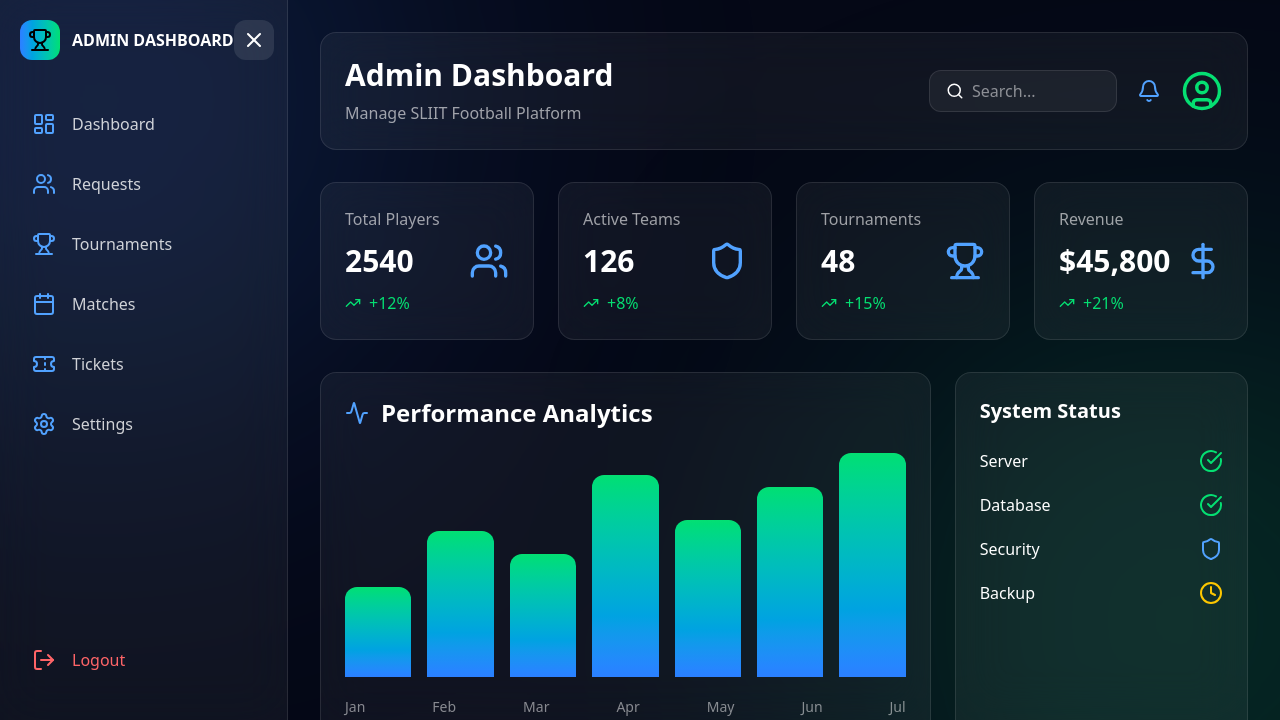
Repository: azeez6789/springboot-footbal-web
Page: / (app in client/)
The author's editor kept a copy of each file at every save. The page is drawn from the files as they stood at one save, then again after the next save.
The browser window is 1280 px wide. The pictures show the whole page.
An inner scrolling area shows only its first screen. The project was rebuilt for these pictures with package versions that can differ from the ones it lists, and the page was loaded fresh each time. Also part of the build but not shown: client/vite.config.js, client/src/common/services/userService.js, client/src/common/pages/home.jsx, client/src/common/component/login.jsx, client/src/common/component/register.jsx, client/src/common/component/About.jsx, client/src/common/pages/tournament.jsx, client/src/common/pages/event.jsx and 2 more.

Above is the page before, as saved 2026-07-17 20:24:34.

### client/index.html
<!doctype html>
<html lang="en">
  <head>
    <meta charset="UTF-8" />
    <link rel="icon" type="image/svg+xml" href="/favicon.svg" />
    <meta name="viewport" content="width=device-width, initial-scale=1.0" />
    <title>SLIIT FOOTBALL  </title>
  </head>
  <body>
    <div id="root"></div>
    <script type="module" src="/src/main.jsx"></script>
  </body>
</html>

### client/src/main.jsx
import { StrictMode } from 'react'
import { createRoot } from 'react-dom/client'
import './index.css'
import App from './App.jsx'

createRoot(document.getElementById('root')).render(
  <StrictMode>
    <App />
  </StrictMode>
)

### client/src/App.jsx
import { BrowserRouter as Router, Routes, Route } from "react-router-dom";
import allRoutes from "./routes";
import { ToastContainer } from "react-toastify";
import "react-toastify/dist/ReactToastify.css";
import CRoutes from "./routes/commonroutes.jsx";


function App() {
  return (

    <Router>
      <Routes>
        {allRoutes.map((route, index) => (
          <Route key={index} path={route.path} element={route.element} />
        ))}
      </Routes>

      <ToastContainer
        position="top-right"
        autoClose={3000}
        hideProgressBar={false}
        newestOnTop={false}
        closeOnClick
        rtl={false}
        pauseOnFocusLoss
        draggable
        pauseOnHover
        theme="dark"
      />

    </Router>
  );
}

export default App;

### client/src/routes/index.jsx
import CRoutes from './commonroutes'
import fun01Routes from './function_01'

const allRoutes = [
    ...CRoutes,
    ...fun01Routes
]


export default allRoutes;

### client/src/routes/commonroutes.jsx
import Homepage from "../common/pages/home";
import Login  from "../common/component/login";
import Register from "../common/component/register";
import About from "../common/component/About";
import TournamentPage from "../common/pages/tournament";
import EventPage from "../common/pages/event";
import TicketPage from "../common/pages/ticket";


const commonroutes = [
    {path: "/home", element: <Homepage /> },
    {path: "/component/login" ,  element: <Login/>  },
    {path: "/component/register" ,  element: <Register/>  },
    {path: "/component/about" ,  element: <About/>  },
    {path: "/pages/tournament" ,  element: <TournamentPage/>  },
    {path: "/pages/event" ,  element: <EventPage/>  },
    {path: "/pages/ticket" ,  element: <TicketPage/>  },

];


export default commonroutes;

### client/src/routes/function_01.jsx
import Regrequest from "../function-01/pages/registerrequest";
import AdminDah from "../function-01/pages/AdminDashboard";

const function_01 = [

    {path: "/pages/Regrequest" ,  element: <Regrequest/>  },
    {path: "/" ,  element: <AdminDah/>  },

];


export default function_01;

### client/src/function-01/pages/AdminDashboard.jsx
import React, { useState } from "react";
import { useNavigate } from "react-router-dom";
import {
  LayoutDashboard,
  Users,
  Trophy,
  Calendar,
  Ticket,
  DollarSign,
  Settings,
  Bell,
  Search,
  Menu,
  X,
  UserCircle,
  TrendingUp,
  Shield,
  LogOut,
  ChevronRight,
  Activity,
  Award,
  CheckCircle,
  Clock,
  Star
} from "lucide-react";

export default function AdminDashboard() {
  const [sidebarOpen, setSidebarOpen] = useState(true);

  const navigate = useNavigate();

  const stats = [
    { title: "Total Players", value: "2540", icon: Users, growth: "+12%" },
    { title: "Active Teams", value: "126", icon: Shield, growth: "+8%" },
    { title: "Tournaments", value: "48", icon: Trophy, growth: "+15%" },
    { title: "Revenue", value: "$45,800", icon: DollarSign, growth: "+21%" }
  ];

  const players = [
    { name: "A. Perera", position: "Forward", team: "SLIIT Warriors", status: "Active" },
    { name: "M. Fernando", position: "Midfielder", team: "Blue Lions", status: "Active" },
    { name: "K. Silva", position: "Defender", team: "Royal FC", status: "Pending" },
    { name: "R. Mendis", position: "Goal Keeper", team: "Campus Stars", status: "Active" }
  ];

  const tournaments = [
    { name: "SLIIT Football Cup 2026", date: "August 12, 2026", teams: "32 Teams", status: "Running" },
    { name: "Inter University Championship", date: "September 05, 2026", teams: "24 Teams", status: "Upcoming" },
    { name: "Freshers League", date: "October 20, 2026", teams: "16 Teams", status: "Planning" }
  ];

  const activities = [
    "New player registration approved",
    "Tournament schedule updated",
    "New team created",
    "Ticket payment received",
    "Match result published"
  ];

  return (
    // 1. Locked main screen wrapper height to prevent window scrolling
    <div className="h-screen w-screen bg-[#050816] text-white relative overflow-hidden flex">
      {/* Background Blobs */}
      <div className="fixed w-[600px] h-[600px] bg-blue-500/20 blur-[160px] rounded-full top-[-200px] left-[-200px] pointer-events-none"></div>
      <div className="fixed w-[600px] h-[600px] bg-green-400/20 blur-[160px] rounded-full bottom-[-200px] right-[-200px] pointer-events-none"></div>

      {/* 2. SIDEBAR - Now perfectly static relative to layout viewport */}
      <div className={`${sidebarOpen ? "w-72" : "w-20"} h-screen bg-white/5 border-r border-white/10 backdrop-blur-xl p-5 transition-all duration-300 flex flex-col justify-between flex-shrink-0 z-20`}>
        <div>
          <div className="flex items-center justify-between mb-10">
            {sidebarOpen && (
              <div className="flex items-center gap-3">
                <div className="p-2 rounded-xl bg-gradient-to-r from-blue-500 to-green-400">
                  <Trophy className="text-black" />
                </div>
                <h1 className="text-M font-bold whitespace-nowrap"> ADMIN DASHBOARD</h1>
              </div>
            )}
            <button
              onClick={() => setSidebarOpen(!sidebarOpen)}
              className="p-2 bg-white/10 rounded-xl hover:bg-white/20"
            >
              {sidebarOpen ? <X /> : <Menu />}
            </button>
          </div>

         <div className="space-y-3">
  <div
    onClick={() => navigate("/")}
    className="flex items-center gap-4 p-3 rounded-xl text-white/80 hover:bg-blue-500/20 cursor-pointer transition"
  >
    <LayoutDashboard className="text-blue-400" />
    {sidebarOpen && <span>Dashboard</span>}
  </div>

  <div
    onClick={() => navigate("/pages/Regrequest")}
    className="flex items-center gap-4 p-3 rounded-xl text-white/80 hover:bg-blue-500/20 cursor-pointer transition"
  >
    <Users className="text-blue-400" />
    {sidebarOpen && <span>Requests</span>}
  </div>

  <div
    onClick={() => navigate("/pages/tournament")}
    className="flex items-center gap-4 p-3 rounded-xl text-white/80 hover:bg-blue-500/20 cursor-pointer transition"
  >
    <Trophy className="text-blue-400" />
    {sidebarOpen && <span>Tournaments</span>}
  </div>

  <div
    onClick={() => navigate("/pages/event")}
    className="flex items-center gap-4 p-3 rounded-xl text-white/80 hover:bg-blue-500/20 cursor-pointer transition"
  >
    <Calendar className="text-blue-400" />
    {sidebarOpen && <span>Matches</span>}
  </div>

  <div
    onClick={() => navigate("/pages/ticket")}
    className="flex items-center gap-4 p-3 rounded-xl text-white/80 hover:bg-blue-500/20 cursor-pointer transition"
  >
    <Ticket className="text-blue-400" />
    {sidebarOpen && <span>Tickets</span>}
  </div>

  <div
    onClick={() => navigate("/component/register")}
    className="flex items-center gap-4 p-3 rounded-xl text-white/80 hover:bg-blue-500/20 cursor-pointer transition"
  >
    <Settings className="text-blue-400" />
    {sidebarOpen && <span>Settings</span>}
  </div>
</div>
        </div>

        <div className="mb-4">
          <div className="flex items-center gap-4 p-3 rounded-xl text-red-400 hover:bg-red-500/20 cursor-pointer">
            <LogOut className="flex-shrink-0" />
            {sidebarOpen && <span>Logout</span>}
          </div>
        </div>
      </div>

      {/* 3. MAIN CONTENT CONTAINER - This handles the scrolling now */}
      <div className="flex-1 h-screen overflow-y-auto p-8 relative z-10">
        {/* HEADER */}
        <div className="flex justify-between items-center bg-white/5 border border-white/10 backdrop-blur-xl rounded-2xl p-6 mb-8">
          <div>
            <h1 className="text-3xl font-bold">Admin Dashboard</h1>
            <p className="text-white/60 mt-2">Manage SLIIT Football Platform</p>
          </div>

          <div className="flex items-center gap-5">
            <div className="flex items-center gap-2 bg-white/5 border border-white/10 px-4 py-2 rounded-xl">
              <Search size={18} />
              <input placeholder="Search..." className="bg-transparent outline-none w-32" />
            </div>
            <Bell className="text-blue-400" />
            <UserCircle size={42} className="text-green-400" />
          </div>
        </div>

        {/* STATISTICS CARDS */}
        <div className="grid grid-cols-1 md:grid-cols-2 xl:grid-cols-4 gap-6 mb-8">
          {stats.map((item, index) => (
            <div
              key={index}
              className="bg-white/5 border border-white/10 backdrop-blur-xl rounded-2xl p-6 hover:bg-white/10 transition"
            >
              <div className="flex justify-between items-center">
                <div>
                  <p className="text-white/60">{item.title}</p>
                  <h2 className="text-3xl font-bold mt-3">{item.value}</h2>
                  <div className="flex items-center gap-2 text-green-400 mt-3">
                    <TrendingUp size={16} />
                    {item.growth}
                  </div>
                </div>
                <item.icon size={40} className="text-blue-400" />
              </div>
            </div>
          ))}
        </div>

        {/* ANALYTICS & SYSTEM STATUS */}
        <div className="grid lg:grid-cols-3 gap-6 mb-8">
          <div className="lg:col-span-2 bg-white/5 border border-white/10 backdrop-blur-xl rounded-2xl p-6">
            <div className="flex items-center gap-3 mb-6">
              <Activity className="text-blue-400" />
              <h2 className="text-2xl font-bold">Performance Analytics</h2>
            </div>

            <div className="h-56 flex items-end gap-4">
              {[40, 65, 55, 90, 70, 85, 100].map((height, index) => (
                <div
                  key={index}
                  style={{ height: `${height}%` }}
                  className="flex-1 bg-gradient-to-t from-blue-500 to-green-400 rounded-t-xl"
                ></div>
              ))}
            </div>

            <div className="flex justify-between text-white/50 text-sm mt-5">
              <span>Jan</span>
              <span>Feb</span>
              <span>Mar</span>
              <span>Apr</span>
              <span>May</span>
              <span>Jun</span>
              <span>Jul</span>
            </div>
          </div>

          <div className="bg-white/5 border border-white/10 backdrop-blur-xl rounded-2xl p-6">
            <h2 className="text-xl font-bold mb-6">System Status</h2>
            <div className="space-y-5">
              <div className="flex justify-between items-center">
                <span>Server</span>
                <CheckCircle className="text-green-400" />
              </div>
              <div className="flex justify-between items-center">
                <span>Database</span>
                <CheckCircle className="text-green-400" />
              </div>
              <div className="flex justify-between items-center">
                <span>Security</span>
                <Shield className="text-blue-400" />
              </div>
              <div className="flex justify-between items-center">
                <span>Backup</span>
                <Clock className="text-yellow-400" />
              </div>
            </div>
          </div>
        </div>

        {/* PLAYER MANAGEMENT */}
        <div className="bg-white/5 border border-white/10 backdrop-blur-xl rounded-2xl p-6 mb-8">
          <div className="flex justify-between items-center mb-6">
            <h2 className="text-2xl font-bold">Player Management</h2>
            <button className="px-5 py-2 rounded-xl bg-gradient-to-r from-blue-500 to-green-400 text-black font-semibold">
              View All
            </button>
          </div>

          <div className="overflow-x-auto">
            <table className="w-full">
              <thead>
                <tr className="border-b border-white/10 text-white/50 text-left">
                  <th className="pb-4">Player</th>
                  <th>Position</th>
                  <th>Team</th>
                  <th>Status</th>
                </tr>
              </thead>
              <tbody>
                {players.map((player, index) => (
                  <tr key={index} className="border-b border-white/10 hover:bg-white/5 transition">
                    <td className="py-5 font-semibold">{player.name}</td>
                    <td className="text-white/70">{player.position}</td>
                    <td className="text-white/70">{player.team}</td>
                    <td>
                      <span className={`px-3 py-1 rounded-full text-sm ${
                        player.status === "Active"
                          ? "bg-green-400/20 text-green-300"
                          : "bg-yellow-400/20 text-yellow-300"
                      }`}>
                        {player.status}
                      </span>
                    </td>
                  </tr>
                ))}
              </tbody>
            </table>
          </div>
        </div>

        {/* TOURNAMENT CARDS */}
        <div className="grid md:grid-cols-3 gap-6 mb-8">
          {tournaments.map((tour, index) => (
            <div
              key={index}
              className="bg-white/5 border border-white/10 backdrop-blur-xl rounded-2xl p-6 hover:bg-white/10 transition"
            >
              <div className="flex justify-between items-center">
                <Trophy className="text-yellow-400" />
                <Star className="text-blue-400" />
              </div>
              <h3 className="text-xl font-bold mt-5">{tour.name}</h3>
              <p className="text-white/60 mt-3">{tour.date}</p>
              <p className="text-blue-300 mt-2">{tour.teams}</p>
              <div className="flex justify-between items-center mt-6">
                <span className="px-3 py-1 rounded-full bg-blue-500/20 text-blue-300 text-sm">
                  {tour.status}
                </span>
                <ChevronRight className="text-white/60" />
              </div>
            </div>
          ))}
        </div>

        {/* RECENT ACTIVITIES & QUICK ACTIONS */}
        <div className="grid lg:grid-cols-2 gap-6 mb-8">
          <div className="bg-white/5 border border-white/10 backdrop-blur-xl rounded-2xl p-6">
            <div className="flex items-center gap-3 mb-6">
              <Activity className="text-blue-400" />
              <h2 className="text-2xl font-bold">Recent Activities</h2>
            </div>
            <div className="space-y-4">
              {activities.map((item, index) => (
                <div key={index} className="flex items-center justify-between bg-white/5 border border-white/10 rounded-xl p-4">
                  <div className="flex items-center gap-3">
                    <div className="w-3 h-3 rounded-full bg-green-400"></div>
                    <p className="text-white/80">{item}</p>
                  </div>
                  <span className="text-xs text-white/50">Today</span>
                </div>
              ))}
            </div>
          </div>

          <div className="bg-white/5 border border-white/10 backdrop-blur-xl rounded-2xl p-6">
            <h2 className="text-2xl font-bold mb-6">Quick Actions</h2>
            <div className="grid grid-cols-2 gap-4">
              <button className="bg-blue-500/20 border border-blue-400/20 rounded-xl p-5 hover:bg-blue-500/30 transition">
                <Users className="mx-auto text-blue-400 mb-3" />
                <p>Add Player</p>
              </button>
              <button className="bg-green-500/20 border border-green-400/20 rounded-xl p-5 hover:bg-green-500/30 transition">
                <Trophy className="mx-auto text-green-400 mb-3" />
                <p>Create Tournament</p>
              </button>
              <button className="bg-yellow-500/20 border border-yellow-400/20 rounded-xl p-5 hover:bg-yellow-500/30 transition">
                <Calendar className="mx-auto text-yellow-400 mb-3" />
                <p>Schedule Match</p>
              </button>
              <button className="bg-purple-500/20 border border-purple-400/20 rounded-xl p-5 hover:bg-purple-500/30 transition">
                <Ticket className="mx-auto text-purple-400 mb-3" />
                <p>Manage Tickets</p>
              </button>
            </div>
          </div>
        </div>

        {/* TOP PERFORMERS */}
        <div className="bg-white/5 border border-white/10 backdrop-blur-xl rounded-2xl p-6 mb-8">
          <div className="flex items-center gap-3 mb-6">
            <Award className="text-yellow-400" />
            <h2 className="text-2xl font-bold">Top Performers</h2>
          </div>

          <div className="grid md:grid-cols-3 gap-5">
            <div className="bg-white/5 rounded-xl p-5 border border-white/10">
              <h3 className="font-bold">Top Scorer</h3>
              <p className="text-white/60 mt-3">A. Perera</p>
              <span className="text-yellow-300">12 Goals</span>
            </div>
            <div className="bg-white/5 rounded-xl p-5 border border-white/10">
              <h3 className="font-bold">Best Assist</h3>
              <p className="text-white/60 mt-3">K. Silva</p>
              <span className="text-green-300">10 Assists</span>
            </div>
            <div className="bg-white/5 rounded-xl p-5 border border-white/10">
              <h3 className="font-bold">MVP Player</h3>
              <p className="text-white/60 mt-3">M. Fernando</p>
              <span className="text-blue-300">Season MVP</span>
            </div>
          </div>
        </div>

        {/* FOOTER */}
        <footer className="text-center text-white/50 py-8 border-t border-white/10">
          <p>© 2026 SLIIT Football Admin Dashboard</p>
          <p className="text-sm mt-2">Manage • Monitor • Grow Football Community</p>
        </footer>
      </div>
    </div>
  );
}

Loaded but not shown: client/src/index.css (common file)

After the next save:
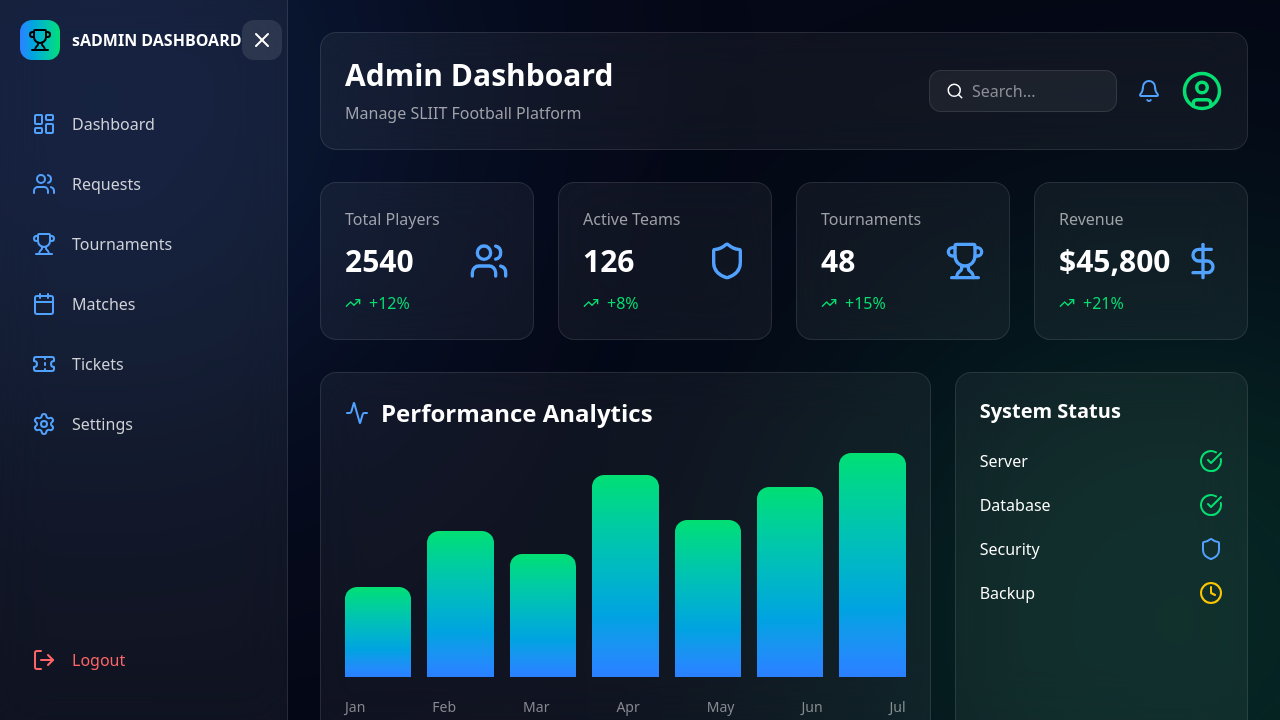
Saved 28 s later.
--- a/client/src/function-01/pages/AdminDashboard.jsx
+++ b/client/src/function-01/pages/AdminDashboard.jsx
@@ -73,14 +73,14 @@
                 <div className="p-2 rounded-xl bg-gradient-to-r from-blue-500 to-green-400">
                   <Trophy className="text-black" />
                 </div>
-                <h1 className="text-M font-bold whitespace-nowrap"> ADMIN DASHBOARD</h1>
+                <h1 className="text-M font-bold whitespace-nowrap">sADMIN DASHBOARD</h1>
               </div>
             )}
             <button
               onClick={() => setSidebarOpen(!sidebarOpen)}
               className="p-2 bg-white/10 rounded-xl hover:bg-white/20"
             >
-              {sidebarOpen ? <X /> : <Menu />}
+              {sidebarOpen ? < X /> : <Menu />}
             </button>
           </div>
 

After the save that followed:
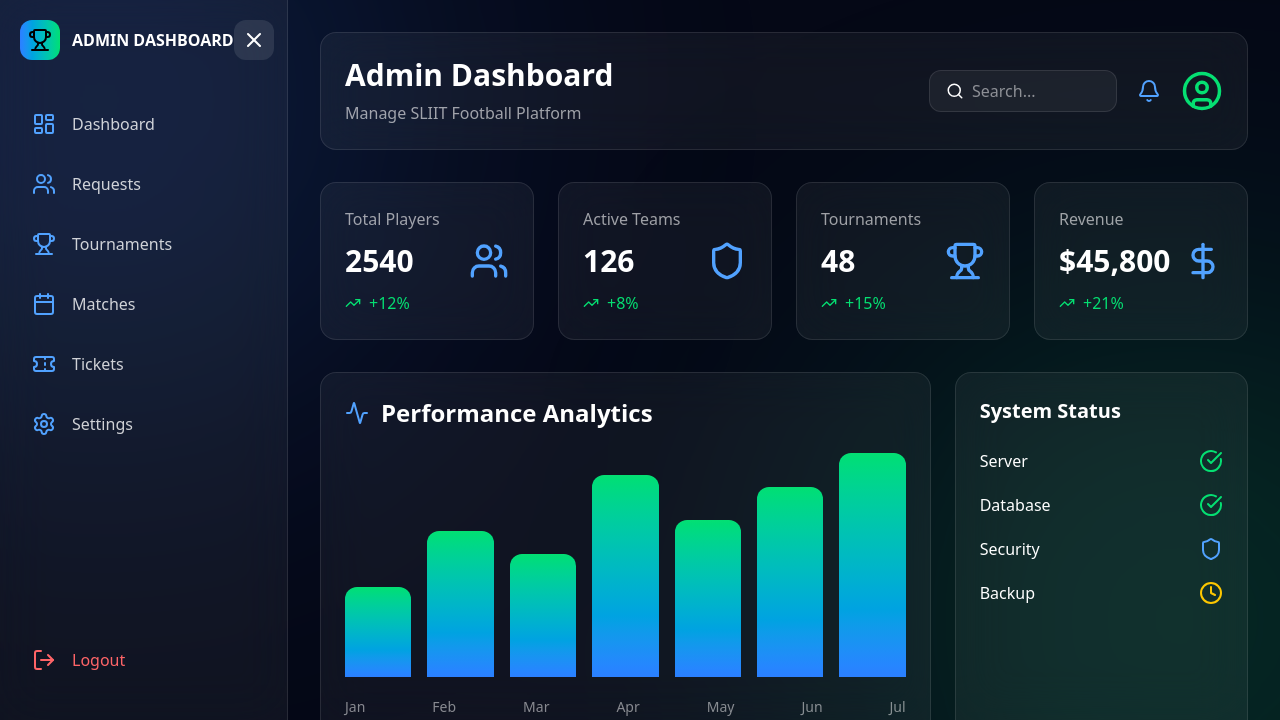
Saved 10 s later.
--- a/client/src/function-01/pages/AdminDashboard.jsx
+++ b/client/src/function-01/pages/AdminDashboard.jsx
@@ -73,7 +73,7 @@
                 <div className="p-2 rounded-xl bg-gradient-to-r from-blue-500 to-green-400">
                   <Trophy className="text-black" />
                 </div>
-                <h1 className="text-M font-bold whitespace-nowrap">sADMIN DASHBOARD</h1>
+                <h1 className="text-M font-bold whitespace-nowrap">ADMIN DASHBOARD</h1>
               </div>
             )}
             <button
